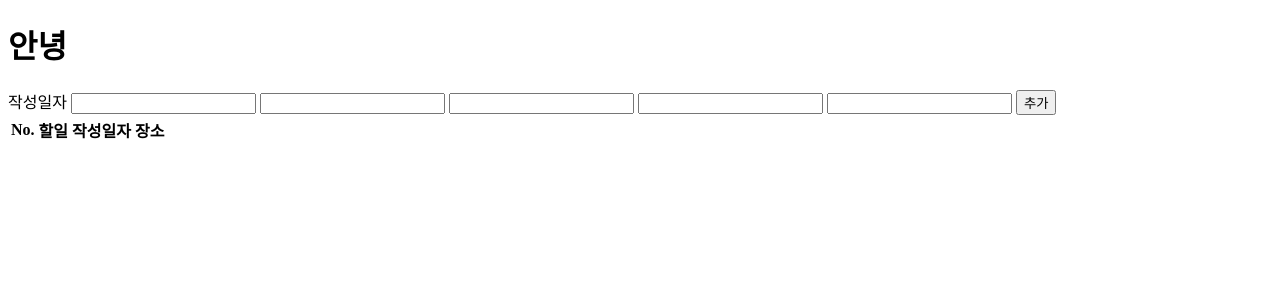
Repository: soyeon-noh/TodoList_Project
Page: http://localhost/Server_PR_TodoList/
These files come from the project's save history. The page is drawn as it stood at one moment and after the next save; the edit follows.
The browser window is 1280 px wide. The pictures show the whole page.
The page is served by Tomcat 9. Queries for data that is not in the repository find no rows.

Above is the page before, as saved 2021-05-24 02:50:12.

After the next save:
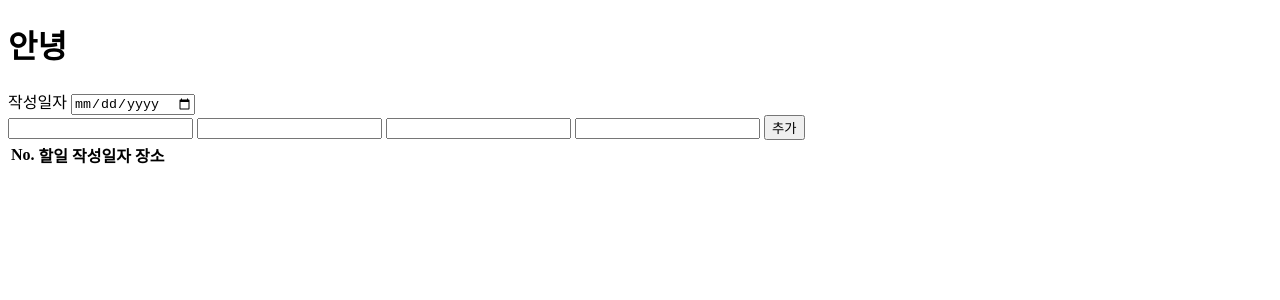
Saved 66 min 0 s later.
--- a/Server_PR_TodoList/src/main/webapp/WEB-INF/views/home.jsp
+++ b/Server_PR_TodoList/src/main/webapp/WEB-INF/views/home.jsp
@@ -15,8 +15,8 @@
     <form>
     	<div>
     		<label for="date">작성일자</label>
-    		<input type="text" name=
-
+    		<input type="date"
+    				name="td_date" value="${TD.td_date}">
     	</div>
       <input name="date" />
       <input name="time" />
